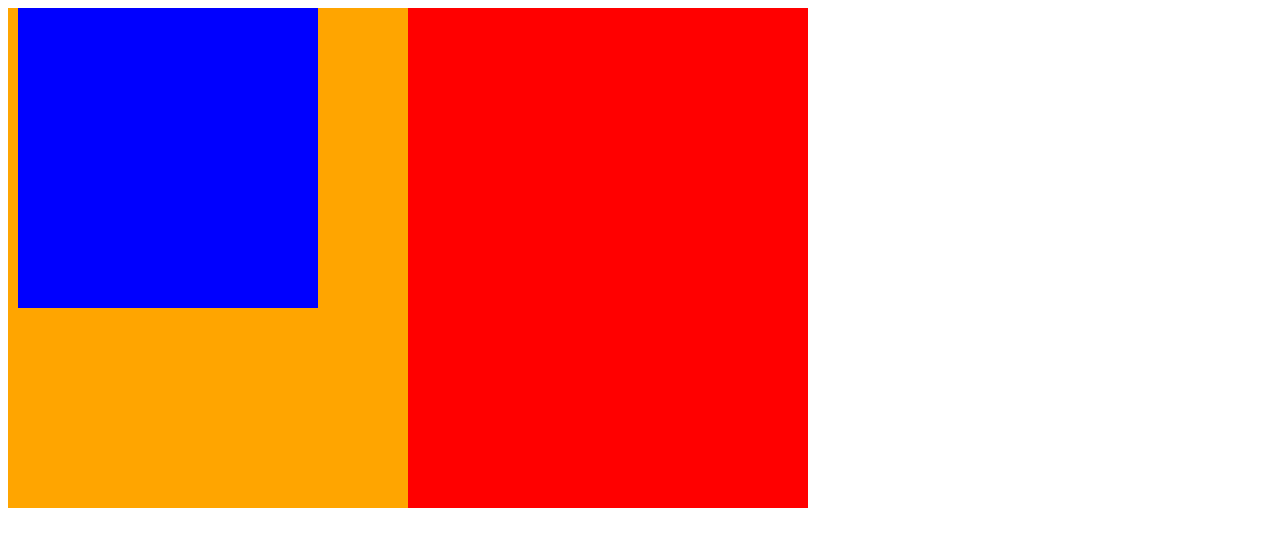
Repository: Seokho96/CSSPractice
Page: css/sample02/WebContent/index5.html
An editor plug-in stored every save of this project. The page is shown before and after the next save, followed by the edit.
The browser window is 1280 px wide. The pictures show the whole page.

Above is the page before, as saved 2020-07-13 03:14:21.

After the next save:
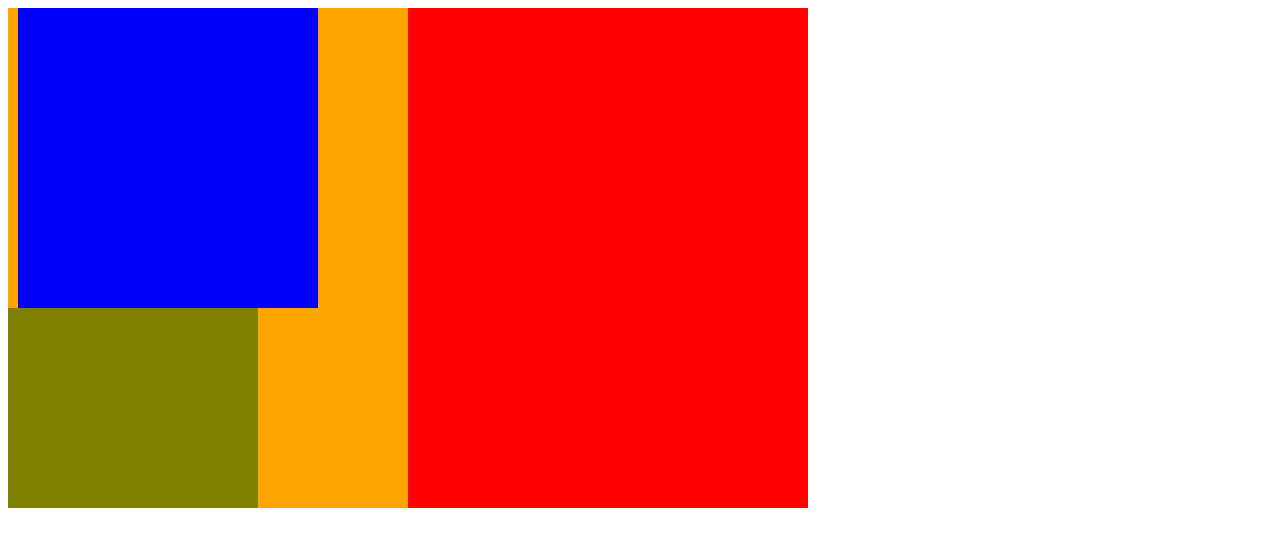
Saved 2 min 48 s later.
--- a/css/sample02/WebContent/index5.html
+++ b/css/sample02/WebContent/index5.html
@@ -29,6 +29,24 @@
    background-color: blue;
    margin-left: 10px;
 }
+#leftdown{
+  width: 250px;
+  height: 200px;
+  background-color: olive;
+}
+#rightup{
+   width: 350px;
+   height: 200px;
+   background-color: black;
+   margin-left: 10px;
+}
+#rightdown{
+  width: 200px;
+  height: 300px;
+  background-color: gray;
+}
+
+
 </style>
 </head>
 <body>
